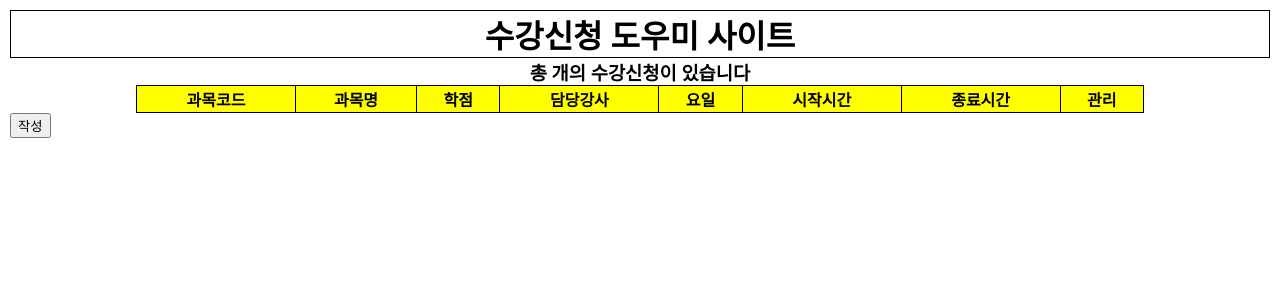
Repository: Tor1a/SpringSet
Page: http://localhost/practice02/WEB-INF/views/home.jsp
The author's editor kept a copy of each file at every save. The page is drawn from the files as they stood at one save, then again after the next save.
The browser window is 1280 px wide. The pictures show the whole page.
The page is served by Tomcat 9. Nobody is signed in. Other server files are loaded and not shown. The template is opened directly, without the code that normally fills it, so the values that code supplies are empty.

Above is the page before, as saved 2022-04-14 08:46:11.

### practice02/src/main/webapp/WEB-INF/views/home.jsp
<%@ page language="java" contentType="text/html; charset=UTF-8"
	pageEncoding="UTF-8"%>
<%@ taglib prefix="c" uri="http://java.sun.com/jsp/jstl/core"%>
<%@ taglib prefix="fmt" uri="http://java.sun.com/jsp/jstl/fmt"%>




<!DOCTYPE html>
<html>
<head>
<meta charset="UTF-8">
<script src="../js/jquery-3.6.0.min.js"></script>
<link rel="stylesheet"
	href="${pageContext.request.contextPath}/resources/css/home.css">
<script
	src="${pageContext.request.contextPath}/resources/js/course/home.js"></script>

<title>수강신청 도우미 사이트</title>
</head>
<body>

	<div id="wrapper">

		<h1 class="title">수강신청 도우미 사이트</h1>

		<div id="content">
			<h3 class="total">총 ${total}개의 수강신청이 있습니다</h3>

		<table class="liTb">
			<thead>
				<th>과목코드</th>
				<th>과목명</th>
				<th>학점</th>
				<th>담당강사</th>
				<th>요일</th>
				<th>시작시간</th>
				<th>종료시간</th>
				<th>관리</th>
			</thead>

			<c:forEach var="vo" items="${list}">
				<tr>
					<td>${vo.crId}</td>
					<td>${vo.crName}</td>
					<td>${vo.credit}</td>
					<td>${vo.lec_name}</td>
					<td>${vo.crWeek}</td>
					<td><c:if test="${vo.start_hour < 1000}">
							0${vo.start_hour}
						</c:if> <c:if test="${vo.start_hour >= 1000}">
							${vo.start_hour}
						</c:if></td>
					<td>${vo.end_end}</td>
					<td><a href="updateCourseForm.do?crId=${vo.crId}">수정</a> /<a
						href="deleteCourse.do?crId=${vo.crId}">삭제</a></td>
				</tr>
			</c:forEach>
		</table>
		<button class="add" onclick="add()">작성</button>
		</div>
	</div>



</body>
</html>

### practice02/src/main/webapp/resources/css/home.css
@charset "UTF-8";

body, h1, h2, h3, h4, h5, p, ul, li, ol, dd, dt, dl { padding: 0; margin: 0; }

ul {list-style: none;}

a:hover{text-decoration: none;}

body{width: auto; hight: auto;}

#wrapper {   border: 1px solid balck; padding: 10px 10px 10px 10px; }

#content {}

.liTb {margin: auto; border-collapse: collapse; border: 1px solid black; width: 80%;}

.title{display:flex;  flex-direction:row; justify-content:center;  text-align: center; border: 1px solid black;}
.total {text-align: center;}

th {text-align: center; border: 1px solid black; background-color: yellow;}
td {text-align: center; border: 1px solid black;}

### practice02/src/main/webapp/resources/js/course/home.js
var crId = document.getElementById('vo.crId');

function deleteBtn(crId){
	if(confirm("삭제 하시겠습니까?")){
		var form = document.getElementById('delCourse');
		form.action = 'deleteCourseForm.do?crId='+crId;
		form.method = "GET";
		form.submit();

		return true;
	}else{

		return false;
	}
}


function add(){
	location.href = "courseAddForm.do";
}

Loaded but not shown: practice02/src/main/webapp/resources/js/jquery-3.6.0.min.js (library)

After the next save:
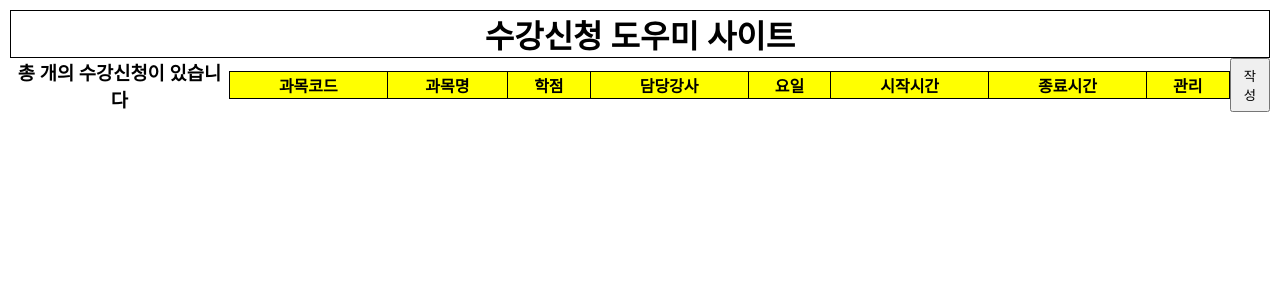
Saved 6 s later.
--- a/practice02/src/main/webapp/resources/css/home.css
+++ b/practice02/src/main/webapp/resources/css/home.css
@@ -10,7 +10,7 @@ body{width: auto; hight: auto;}
 
 #wrapper {   border: 1px solid balck; padding: 10px 10px 10px 10px; }
 
-#content {}
+#content {display:flex; }
 
 .liTb {margin: auto; border-collapse: collapse; border: 1px solid black; width: 80%;}
 
